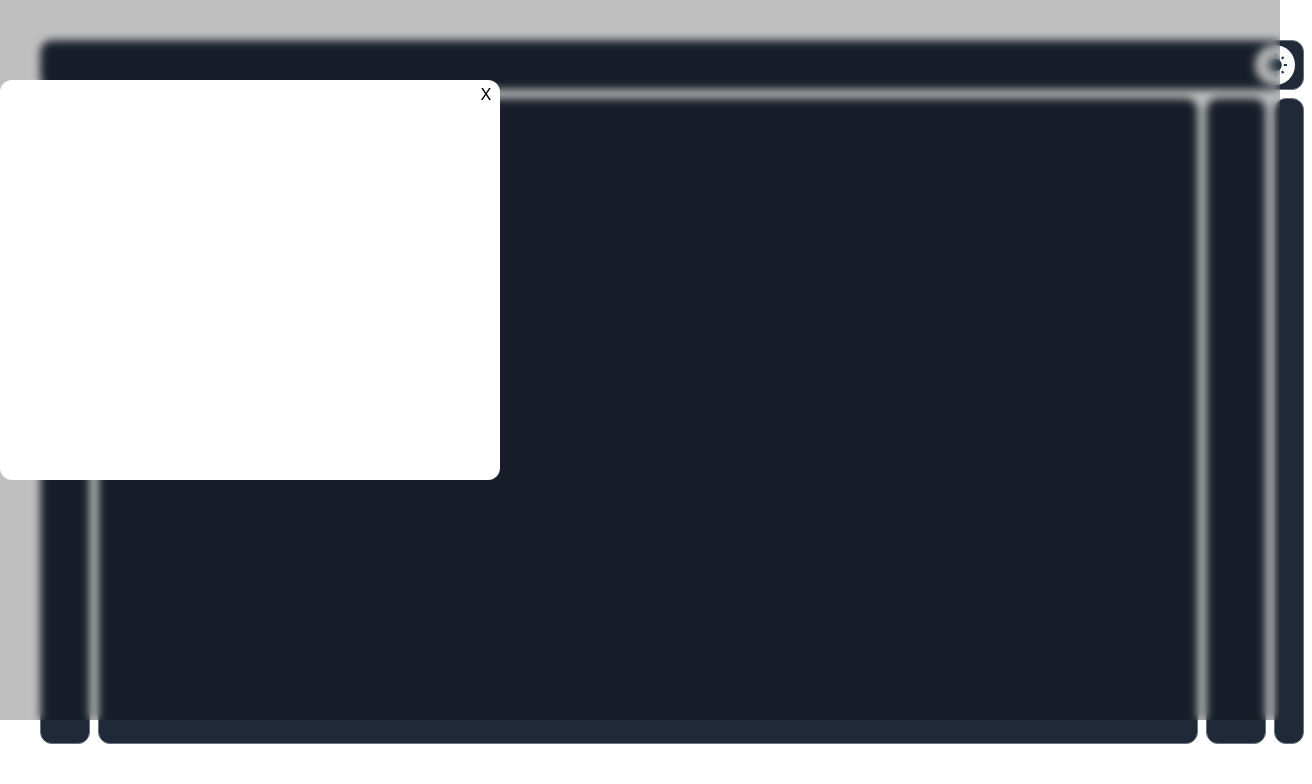
Repository: Wuiserous/Todo-App
Page: /, after clicking the first element matching `button.w-10`
These files come from the project's save history. The page is drawn as it stood at one moment and after the next save; the edit follows.
The browser window is 1280 px wide. The page is 1312 px wide, so the pictures cover 1312 px, including what lies to the right of the window. The pictures show the whole page.
The project was rebuilt for these pictures with package versions that can differ from the ones it lists, and the page was loaded fresh each time. Also part of the build but not shown: vite.config.js.

Above is the page before, as saved 2024-11-10 12:41:01.

### src/index.css
/* src/index.css */
@tailwind base;
@tailwind components;
@tailwind utilities;

:root {
  font-family: Inter, system-ui, Avenir, Helvetica, Arial, sans-serif;
  line-height: 1.5;
  font-weight: 400;

  color-scheme: light dark;
  color: rgba(255, 255, 255, 0.87);
  background-color: black;

  font-synthesis: none;
  text-rendering: optimizeLegibility;
  -webkit-font-smoothing: antialiased;
  -moz-osx-font-smoothing: grayscale;
}

a {
  font-weight: 500;
  color: #646cff;
  text-decoration: inherit;
}
a:hover {
  color: #535bf2;
}

h1 {
  font-size: 3.2em;
  line-height: 1.1;
}


button:hover {
  border-color: #646cff;
}
button:focus,
button:focus-visible {
  outline: 4px auto -webkit-focus-ring-color;
}

@media (prefers-color-scheme: light) {
  :root {
    color: #213547;
    background-color: #ffffff;
  }
  a:hover {
    color: #747bff;
  }
  button {
    background-color: #f9f9f9;
  }
}

### src/App.jsx
import { useState } from 'react'
import './App.css'
import { MdWbSunny } from "react-icons/md";
import { AiFillMoon } from "react-icons/ai";
import { IoMdAddCircle } from "react-icons/io";
import ToolBar from './components/ToolBar'
import NavBar from './components/NavBar'
import TaskSpace from './components/TaskSpace'
import Modal from './components/Modal'
import ProgressSpace from './components/ProgressSpace'
import MotivationSpace from './components/MotivationSpace'

function App() {
  const [darkMode, setDarkMode] = useState(false)
  const [showModal, setShowModal] = useState(false)
  const hideModal = () => setShowModal(false)
  return (
    <div className='w-[100vw] overflow-hidden p-2 gap-2 h-[100vh] grid grid-cols-[50px_1100px_60px_1fr] grid-rows-[50px_1fr_1fr_1fr]'>
      <ToolBar bgColor={darkMode?'bg-gray-100' : 'bg-gray-800'} Button={<button className="w-10 focus:outline-none h-10 rounded-full flex items-center justify-center" onClick={() => setShowModal(true)}><IoMdAddCircle className={`${darkMode ? 'text-black' : 'text-white'}`} size={40} /></button>} />
      <NavBar Button={<button className="w-10 h-10 focus:outline-none rounded-full flex items-center justify-center" onClick={() => setDarkMode(!darkMode)}>{darkMode ? <AiFillMoon className='text-black' size={25} /> : <MdWbSunny size={25} />}</button>} bgColor={darkMode?'bg-gray-100' : 'bg-gray-800' }/>
      <TaskSpace bgColor={darkMode?'bg-gray-100' : 'bg-gray-800' } />
      <ProgressSpace bgColor={darkMode?'bg-gray-100' : 'bg-gray-800' } />
      <MotivationSpace bgColor={darkMode?'bg-gray-100' : 'bg-gray-800' } />
      <Modal Show={showModal} hide={hideModal} />
    </div>
  )
}

export default App

### src/components/ToolBar.jsx
export default function ToolBar(props) {
    return (
      <div className={`border ${props.bgColor} border-gray-500 p-2 flex justify-center rounded-xl col-span-1 row-start-2 row-end-5`}>
        {props.Button}
      </div>
    )
}

### src/components/NavBar.jsx
import { useState } from 'react'

export default function NavBar(props) {
    return (
      <div className={`rounded-xl col-span-4 border ${props.bgColor} border-gray-500 flex items-center justify-end p-2`}>
        {props.Button}
      </div>
    )
}

### src/components/TaskSpace.jsx
export default function TaskSpace(props) {
    return (
      <div className={`rounded-xl col-start-2 row-start-2 row-end-5 border ${props.bgColor} border-gray-500`}></div>
    )
}

### src/components/Modal.jsx
import { useState, useEffect } from "react";

export default function Modal(props) {
    const [isVisible, setIsVisible] = useState(false);

    useEffect(() => {
        if (props.Show) {
            // Trigger animation when modal is shown
            setIsVisible(true);
        } else {
            // Reset visibility state when modal is hidden
            setIsVisible(false);
        }
    }, [props.Show]);

    if (!props.Show) return null;

    const hide = (e) => {
        if (e.target.id === "wrapper") props.hide();
    };

    return (
      <div
        className="fixed inset-0 bg-black bg-opacity-25 backdrop-blur-sm"
        id="wrapper"
        onClick={hide}
      >
        <div
          className={`relative w-[500px] top-20 left-18 h-[400px] bg-white rounded-xl flex flex-col justify-center items-center text-black transform transition-all duration-500 ${
            isVisible ? "scale-100 opacity-100" : "scale-50 opacity-0"
          }`}
        >
          <button
            onClick={props.hide}
            className="absolute top-1 right-1 w-5 h-5 p-2 flex items-center justify-center rounded-full focus:outline-none bg-transparent text-black"
          >
            X
          </button>
        </div>
      </div>
    );
}

### src/components/ProgressSpace.jsx
export default function ProgressSpace(props) {
    return (
      <div className={`rounded-xl row-start-2 row-end-5 col-start-3 col-end-4 border ${props.bgColor} border-gray-500`}></div>
    )
}

### src/components/MotivationSpace.jsx
export default function MotivationSpace(props) {
    return (
      <div className={`rounded-xl row-start-2 row-end-5 col-start-4 col-end-4 col-span-3 border ${props.bgColor} border-gray-500`}></div>
    )
}

Loaded but not shown: src/main.jsx (common file); src/App.css (common file); tailwind.config.js (common file)

After the next save:
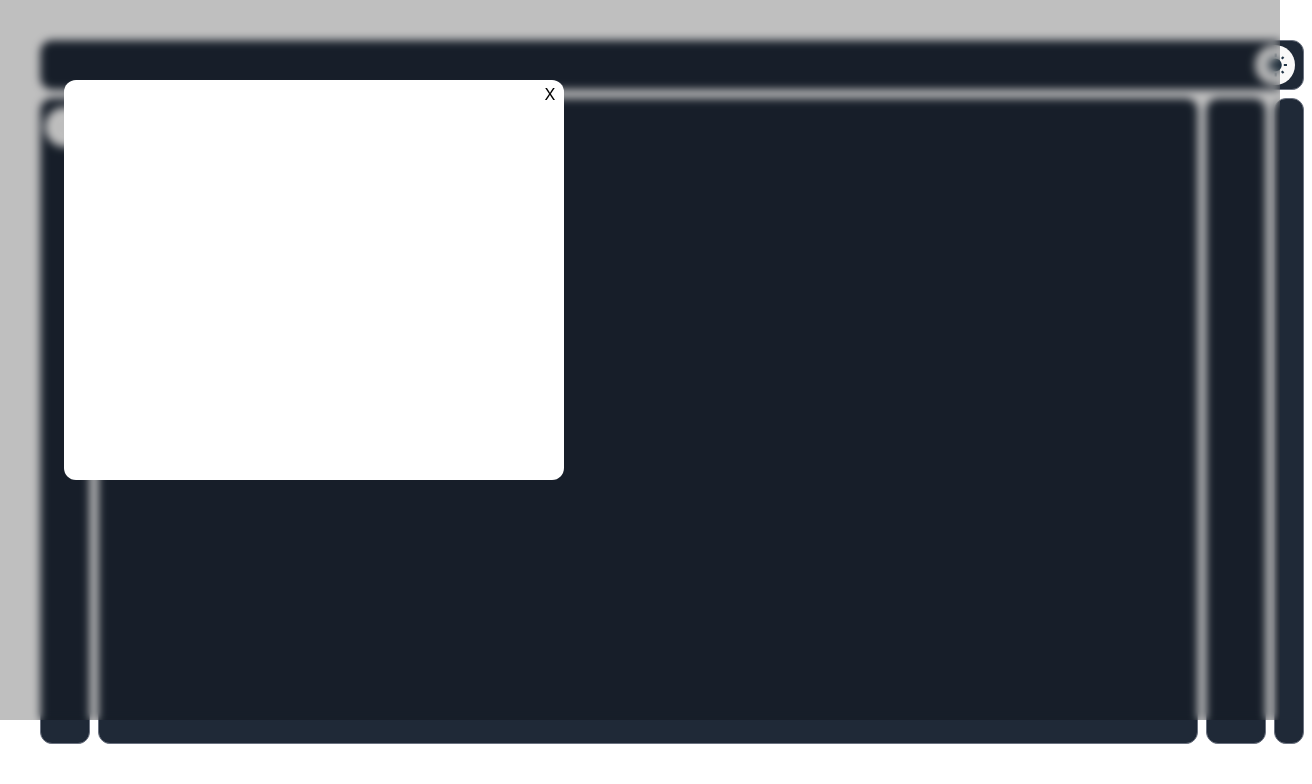
Saved 4 s later.
--- a/src/components/Modal.jsx
+++ b/src/components/Modal.jsx
@@ -26,7 +26,7 @@ export default function Modal(props) {
         onClick={hide}
       >
         <div
-          className={`relative w-[500px] top-20 left-18 h-[400px] bg-white rounded-xl flex flex-col justify-center items-center text-black transform transition-all duration-500 ${
+          className={`relative w-[500px] top-20 left-16 h-[400px] bg-white rounded-xl flex flex-col justify-center items-center text-black transform transition-all duration-500 ${
             isVisible ? "scale-100 opacity-100" : "scale-50 opacity-0"
           }`}
         >
